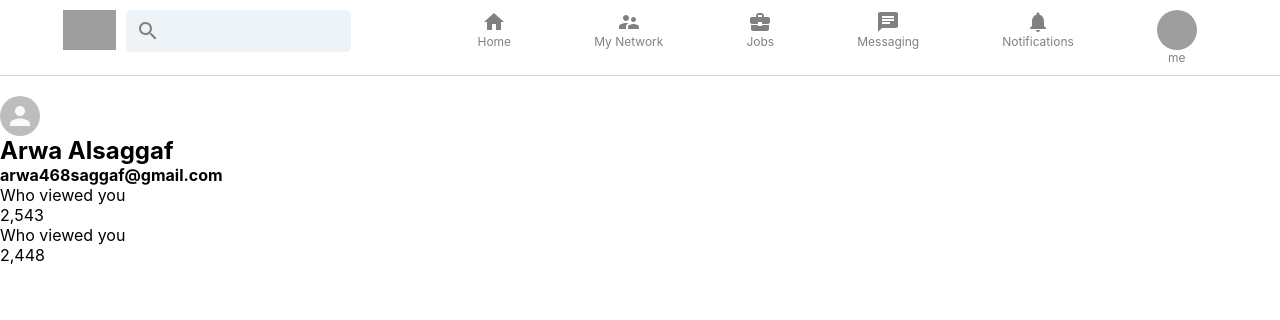
Repository: MEROO1010/linkedIn-clone-
Page: /
These files come from the project's save history. The page is drawn as it stood at one moment and after the next save; the edit follows.
The browser window is 1280 px wide. The pictures show the whole page.
Pictures or frames that could not be fetched are drawn as grey boxes. The project was rebuilt for these pictures with package versions that can differ from the ones it lists, and the page was loaded fresh each time. Also part of the build but not shown: src/App.css, src/Sidebar.css.

Above is the page before, as saved 2023-11-30 13:00:36.

### src/App.js
import React from 'react';
import './App.css';
import Header from './Header';
import Sidebar from './Sidebar';

function App() {
  return (
    <div className="app">

        <Header/>
      {/* App Body*/}
       <div className="app__body">
       <Sidebar/>

      {/* Feed*/}
      {/* Widgets*/}
      </div>
    </div>
  );
}

export default App;

### src/features/counter/counterSlice.js
import { createAsyncThunk, createSlice } from '@reduxjs/toolkit';
import { fetchCount } from './counterAPI';

const initialState = {
  value: 0,
  status: 'idle',
};

// The function below is called a thunk and allows us to perform async logic. It
// can be dispatched like a regular action: `dispatch(incrementAsync(10))`. This
// will call the thunk with the `dispatch` function as the first argument. Async
// code can then be executed and other actions can be dispatched. Thunks are
// typically used to make async requests.
export const incrementAsync = createAsyncThunk(
  'counter/fetchCount',
  async (amount) => {
    const response = await fetchCount(amount);
    // The value we return becomes the `fulfilled` action payload
    return response.data;
  }
);

export const counterSlice = createSlice({
  name: 'counter',
  initialState,
  // The `reducers` field lets us define reducers and generate associated actions
  reducers: {
    increment: (state) => {
      // Redux Toolkit allows us to write "mutating" logic in reducers. It
      // doesn't actually mutate the state because it uses the Immer library,
      // which detects changes to a "draft state" and produces a brand new
      // immutable state based off those changes
      state.value += 1;
    },
    decrement: (state) => {
      state.value -= 1;
    },
    // Use the PayloadAction type to declare the contents of `action.payload`
    incrementByAmount: (state, action) => {
      state.value += action.payload;
    },
  },
  // The `extraReducers` field lets the slice handle actions defined elsewhere,
  // including actions generated by createAsyncThunk or in other slices.
  extraReducers: (builder) => {
    builder
      .addCase(incrementAsync.pending, (state) => {
        state.status = 'loading';
      })
      .addCase(incrementAsync.fulfilled, (state, action) => {
        state.status = 'idle';
        state.value += action.payload;
      });
  },
});

export const { increment, decrement, incrementByAmount } = counterSlice.actions;

// The function below is called a selector and allows us to select a value from
// the state. Selectors can also be defined inline where they're used instead of
// in the slice file. For example: `useSelector((state: RootState) => state.counter.value)`
export const selectCount = (state) => state.counter.value;

// We can also write thunks by hand, which may contain both sync and async logic.
// Here's an example of conditionally dispatching actions based on current state.
export const incrementIfOdd = (amount) => (dispatch, getState) => {
  const currentValue = selectCount(getState());
  if (currentValue % 2 === 1) {
    dispatch(incrementByAmount(amount));
  }
};

export default counterSlice.reducer;

### src/Header.js
import React from "react";
import "./Header.css";
import SearchIcon from '@mui/icons-material/Search';
import HeaderOption from "./HeaderOption";
import HomeIcon from '@mui/icons-material/Home';
import SupervisorAccountIcon from '@mui/icons-material/SupervisorAccount';
import BusinessCenterIcon from '@mui/icons-material/BusinessCenter';
import ChatIcon from '@mui/icons-material/Chat';
import NotificationsIcon from '@mui/icons-material/Notifications';




const Header = () => {
  return (
    <div className="header">


      <div className="header__left">
        <img
        src="https://upload.wikimedia.org/wikipedia/commons/thumb/8/81/LinkedIn_icon.svg/2048px-LinkedIn_icon.svg.png"
         alt="" />

        <div className="header__search">
          <SearchIcon />
          <input type="text" />
        </div>
      </div>

      <div className="header__right"></div>

        <HeaderOption Icon={HomeIcon} title="Home"/>
        <HeaderOption Icon={SupervisorAccountIcon} title="My Network"/>
        <HeaderOption Icon={BusinessCenterIcon} title="Jobs"/>
        <HeaderOption Icon={ChatIcon} title="Messaging"/>
        <HeaderOption Icon={NotificationsIcon} title="Notifications"/>
        <HeaderOption
          avatar="https://w7.pngwing.com/pngs/980/886/png-transparent-male-portrait-avatar-computer-icons-icon-design-avatar-flat-face-icon-people-head-cartoon-thumbnail.png"
          title ="me"/>
    </div>
  );
};

export default Header;

### src/Sidebar.js
import { Avatar } from "@material-ui/core";
import React from 'react'
import "./Sidebar.css"

const Sidebar = () => {
  return (
    <div className="sidebar">
      <div className="sidebar__top">
        <img src="" alt=""/>
        <Avatar calssName="sidebar__avatar"/>
        <h2>Arwa Alsaggaf</h2>
        <h4>arwa468saggaf@gmail.com</h4>
      </div>

      <div className="sidebar__stats">
        <div className="sidebar__stat">
            <p>Who viewed you</p>
            <p className="sidebar__statNumber">2,543</p>
        </div>
        <div className="sidebar__stat">
        <p>Who viewed you</p>
            <p className="sidebar__statNumber">2,448</p>
        </div>
      </div>
    </div>
  )
}

export default Sidebar

### src/Header.css
.header {
 position: sticky;
 top:0;
 display: flex;
 justify-content: space-evenly;
 border-bottom: 0.1px solid lightgray;
 padding-top:10px ;
 padding-bottom: 10px;
 width: 100%;
 z-index:999;
}

.header__left {
    display: flex;
}

.header__left >img {
    object-fit: contain;
    height: 40px;
    margin-right: 10px;
}

.header__search {
    padding: 10px;
    display:flex;
    align-items: center;
    border-radius: 5px;
    height:22px;
    color: gray ;
    background-color: #eef3f8;
}

.header__search > input {
    outline: none;
    border: none;
    background: none;
}

.header__right {
    display: flex;
}

### src/HeaderOption.js
import React from 'react'
import "./HeaderOption.css"
import { Avatar } from "@material-ui/core";

function HeaderOption({avatar ,Icon, title}) {
  return (
    <div className="headerOption">
        {Icon && <Icon className="headerOption__icon" />}
        {avatar && <Avatar className="headerOption__icon" src={avatar}/>}
        <h3 className="headerOption__title">{title}</h3>
    </div>
  )
}

export default HeaderOption

### src/HeaderOption.css
.headerOption {
    display: flex;
    flex-direction: column;
    align-items: center;
    margin-right: 20px;
    color: gray;
    cursor: pointer;
}

.headerOption__title {
    font-size: 12px;
    font-weight: 400;
}

.headerOption:hover {
    color: black;
}

Loaded but not shown: public/index.html (common file); src/index.js (common file); src/app/store.js (common file); src/reportWebVitals.js (common file); src/index.css (common file); src/features/counter/counterAPI.js (common file)

After the next save:
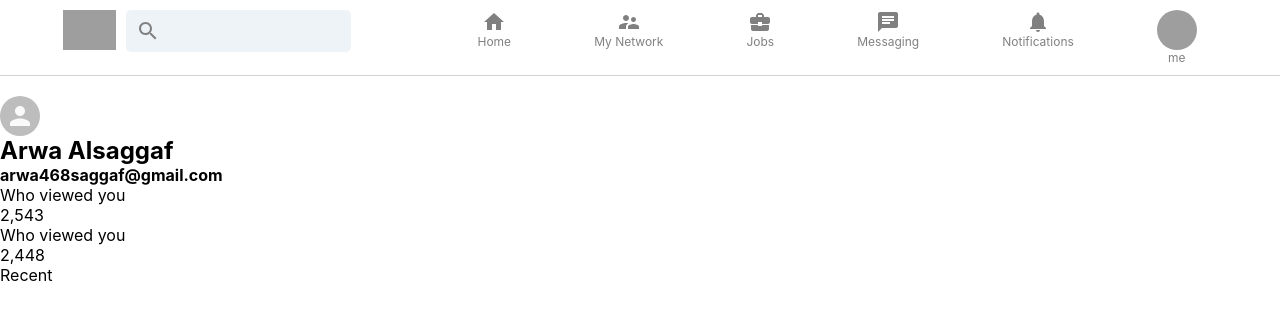
Saved 98 s later.
--- a/src/Sidebar.js
+++ b/src/Sidebar.js
@@ -22,6 +22,10 @@
             <p className="sidebar__statNumber">2,448</p>
         </div>
       </div>
+
+      <div className="sidebar__bottom">
+        <p>Recent</p>
+      </div>
     </div>
   )
 }
